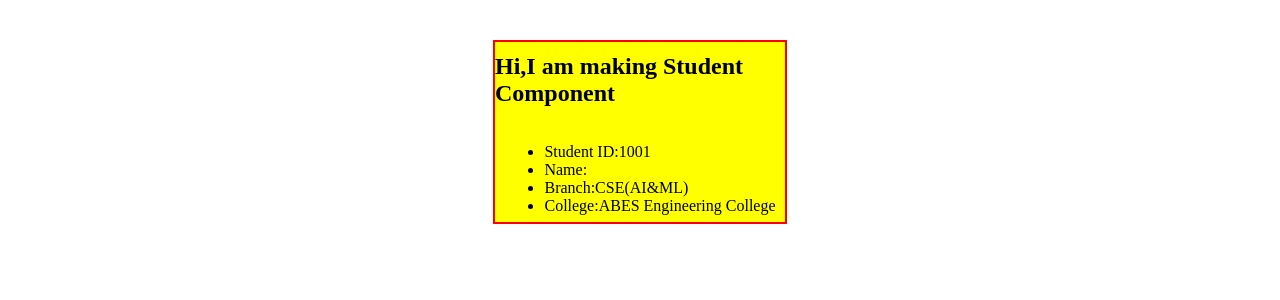
Repository: ashurauza/FSD_Sem5
Page: / (app in FSD_Sem5/CSS/ReactRevisionDOM/)
The author's editor kept a copy of each file at every save. The page is drawn from the files as they stood at one save, then again after a run of saves.
The browser window is 1280 px wide. The pictures show the whole page.
The project was rebuilt for these pictures with package versions that can differ from the ones it lists, and the page was loaded fresh each time.

Above is the page before, as saved 2025-10-29 15:36:02.

After the next 3 saves:
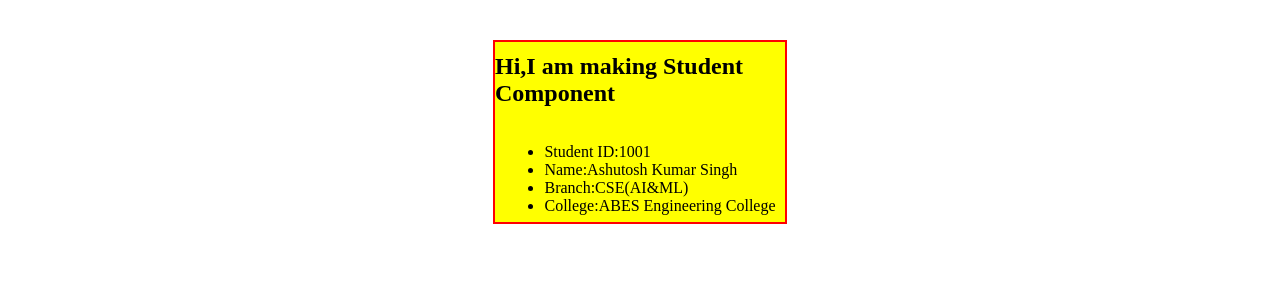
The 3 saves are shown as one change because they came seconds apart.
The last was saved 11 s later.
--- a/FSD_Sem5/CSS/ReactRevisionDOM/student.jsx
+++ b/FSD_Sem5/CSS/ReactRevisionDOM/student.jsx
@@ -9,7 +9,7 @@
     Hi,I am making Student Component
 </h2>
 const li11=<li>Student ID:1001</li>
-const li22=<li>Name: </li>
+const li22=<li>Name:Ashutosh Kumar Singh </li>
 const li33=<li>Branch:CSE(AI&ML)</li>
 const li44=<li>College:ABES Engineering College</li>
 const ul1=<ul>{[li11,li22,li33,li44]}</ul>
